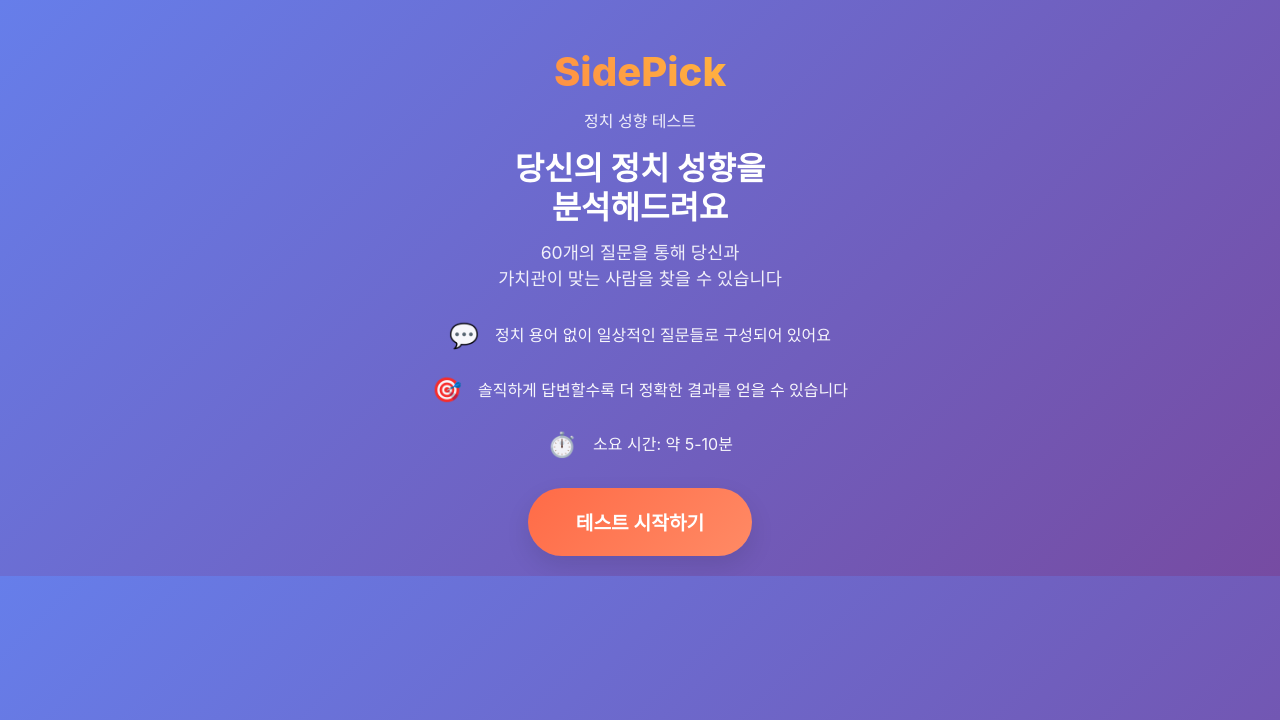
Repository: BaeEunho/sidepick
Page: test.html
An editor plug-in stored every save of this project. The page is shown before and after the next save, followed by the edit.
The browser window is 1280 px wide. The pictures show the whole page.

Above is the page before, as saved 2025-07-06 11:25:00.

After the next save:
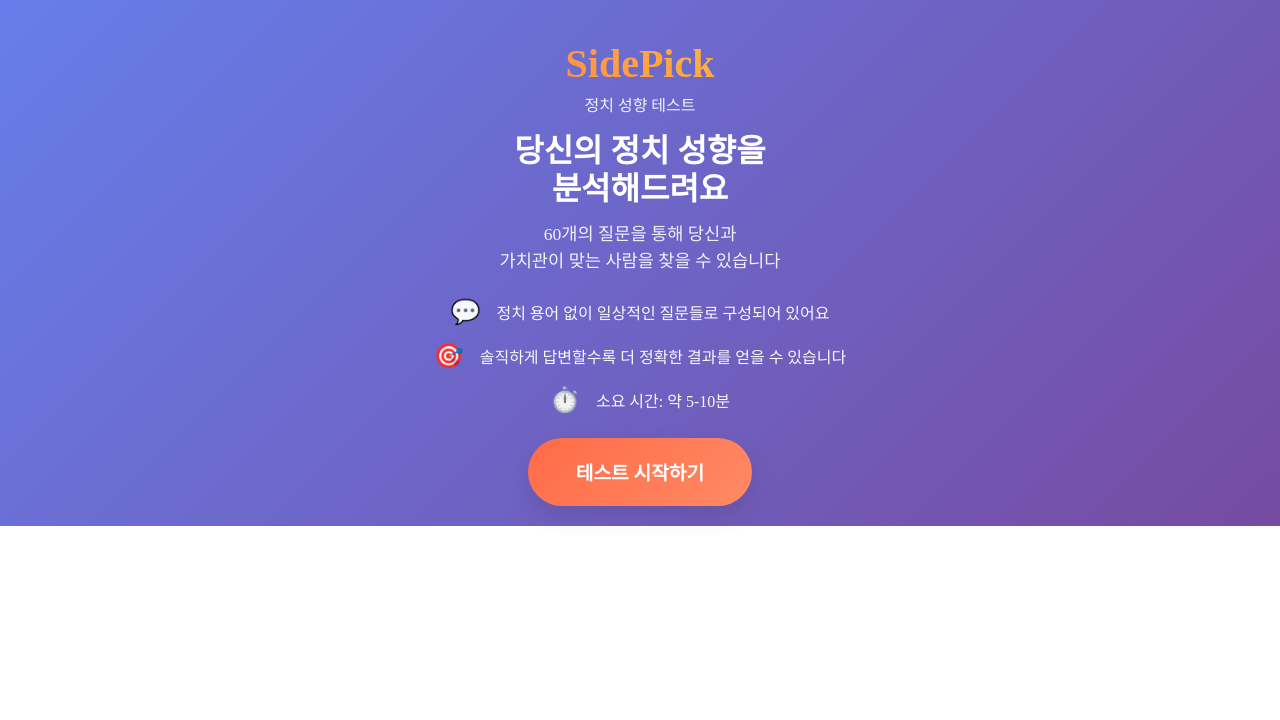
Saved 5 s later.
--- a/test-style.css
+++ b/test-style.css
@@ -7,8 +7,8 @@
 
 html {
   height: auto !important;
-  /* min-height: auto !important; */
-  /* max-height: none !important; */
+  min-height: auto !important; */
+  /* max-height: none !important;
   margin: 0;
   padding: 0;
   overflow: hidden;

After the 3 saves that followed:
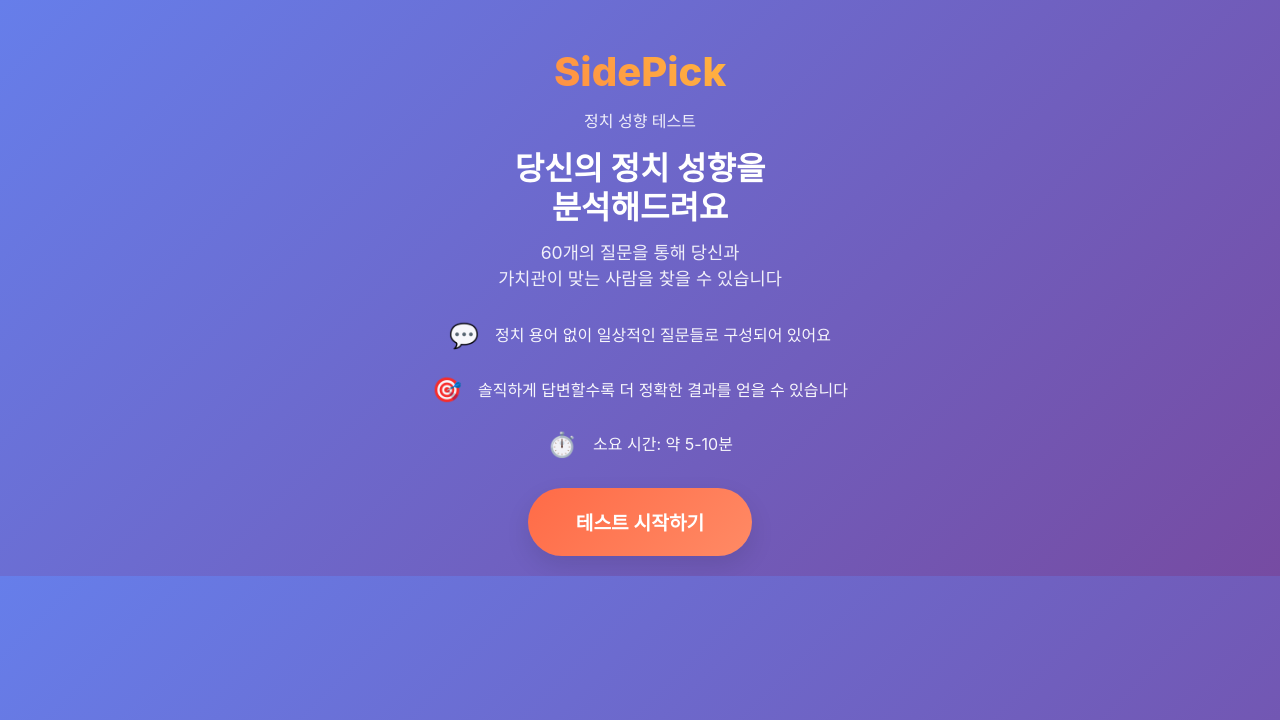
The 3 saves are shown as one change because 1 left the picture as it was and some came seconds apart.
The last was saved 14 s later.
--- a/test-style.css
+++ b/test-style.css
@@ -7,8 +7,8 @@
 
 html {
   height: auto !important;
-  min-height: auto !important; */
-  /* max-height: none !important;
+  min-height: auto !important;
+  max-height: none !important;
   margin: 0;
   padding: 0;
   overflow: hidden;
